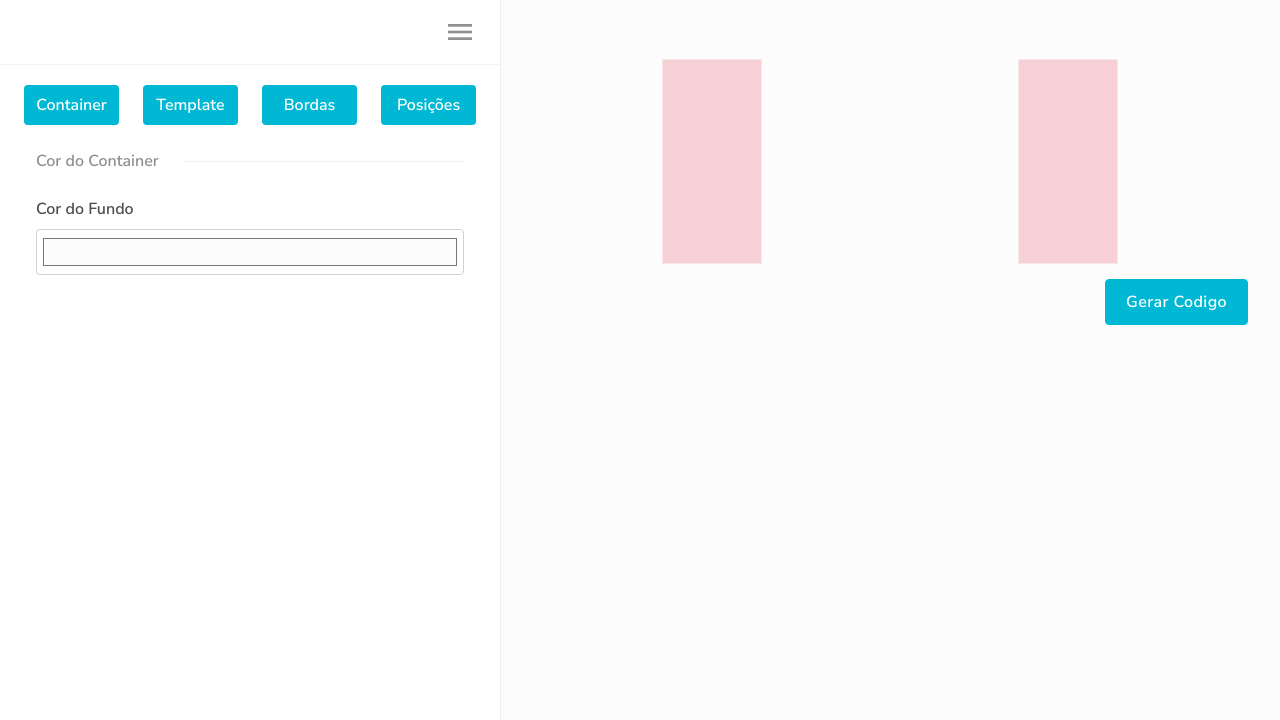
Repository: Flintdl/lowcode-elements
Page: /
These files come from the project's save history. The page is drawn as it stood at one moment and after the next save; the edit follows.
The browser window is 1280 px wide. The pictures show the whole page.
The project was rebuilt for these pictures with package versions that can differ from the ones it lists, and the page was loaded fresh each time. Also part of the build but not shown: vue.config.js.

Above is the page before, as saved 2022-04-06 17:19:14.

After the next save:
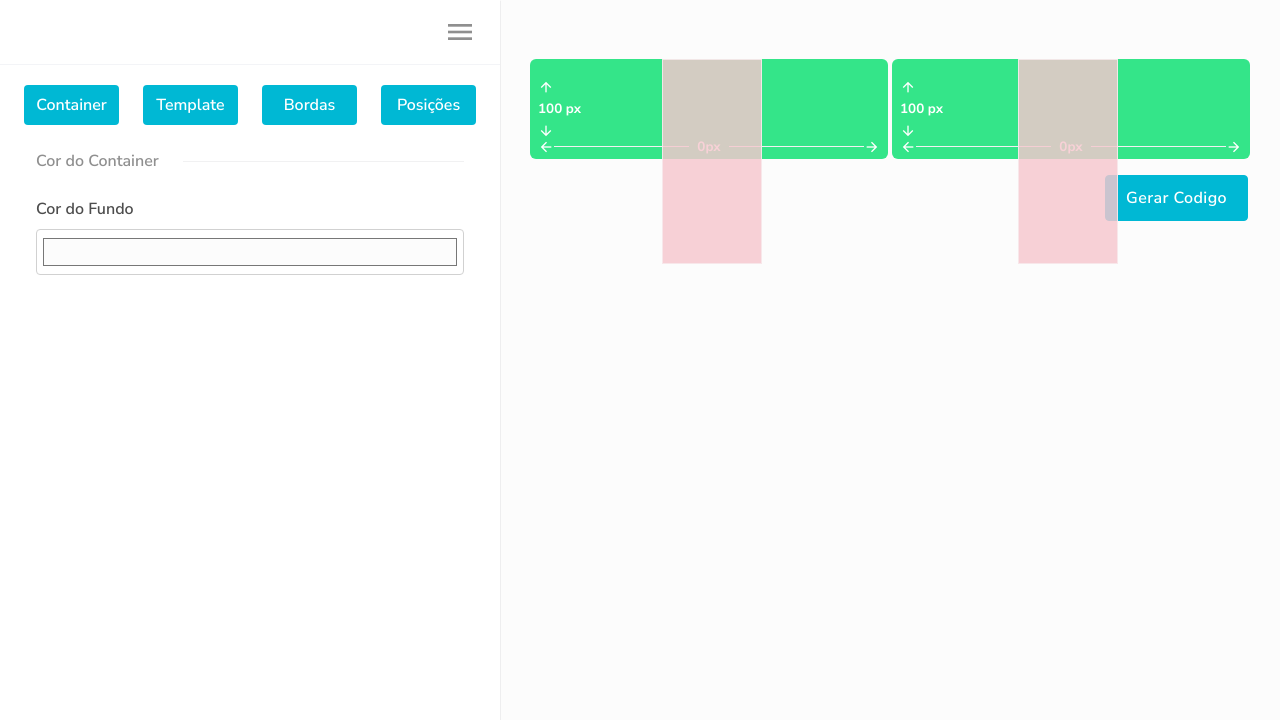
Saved 8 min 31 s later.
--- a/src/views/HomeView.vue
+++ b/src/views/HomeView.vue
@@ -111,7 +111,7 @@ export default {
     },
     gapProps() {
       return {
-        "grid-template-columns": `repeat(${this.quantidadeLinha}, ${this.valorRecalculado}% - ${this.inputGap}px)`,
+        "grid-template-columns": `repeat(${this.quantidadeLinha}, ${this.valorRecalculado}%)`,
         gap: this.inputGap + "px",
       };
     },
